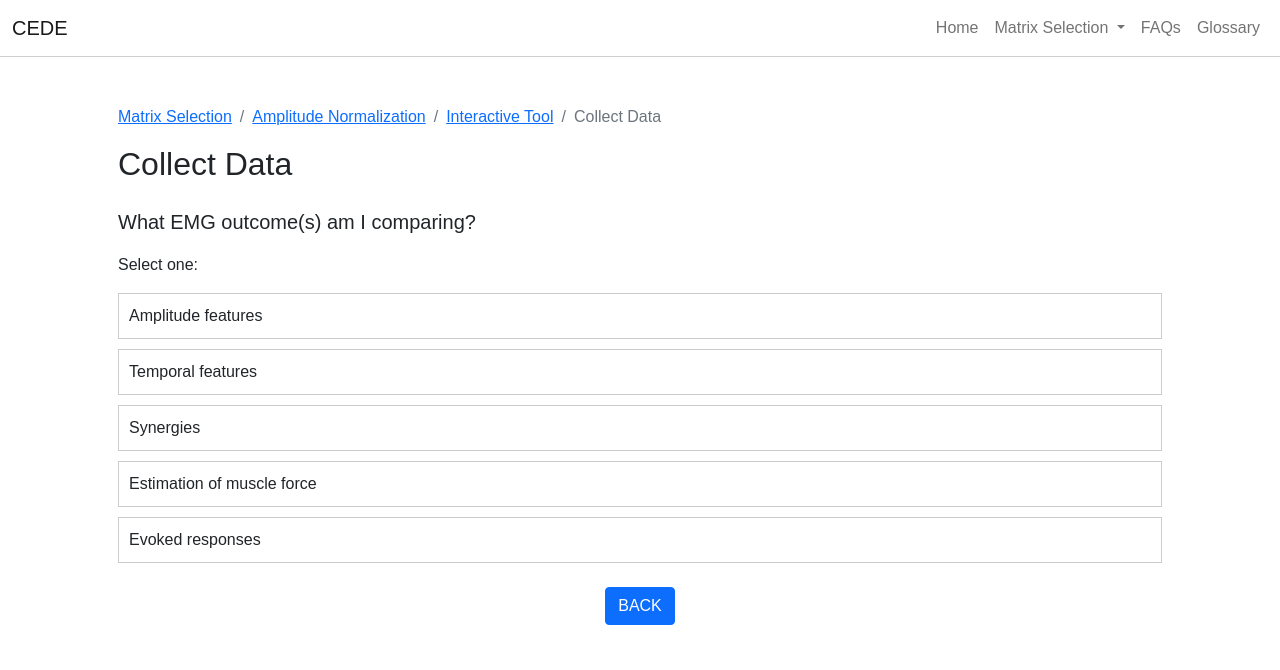
Repository: devashrisamani/CEDE-Website
Page: website/collectdata.html
These files come from the project's save history. The page is drawn as it stood at one moment and after the next save; the edit follows.
The browser window is 1280 px wide. The pictures show the whole page.

Above is the page before, as saved 2024-06-25 19:50:05.
Console error: TypeError: Cannot read properties of null (reading 'addEventListener')

After the next save:
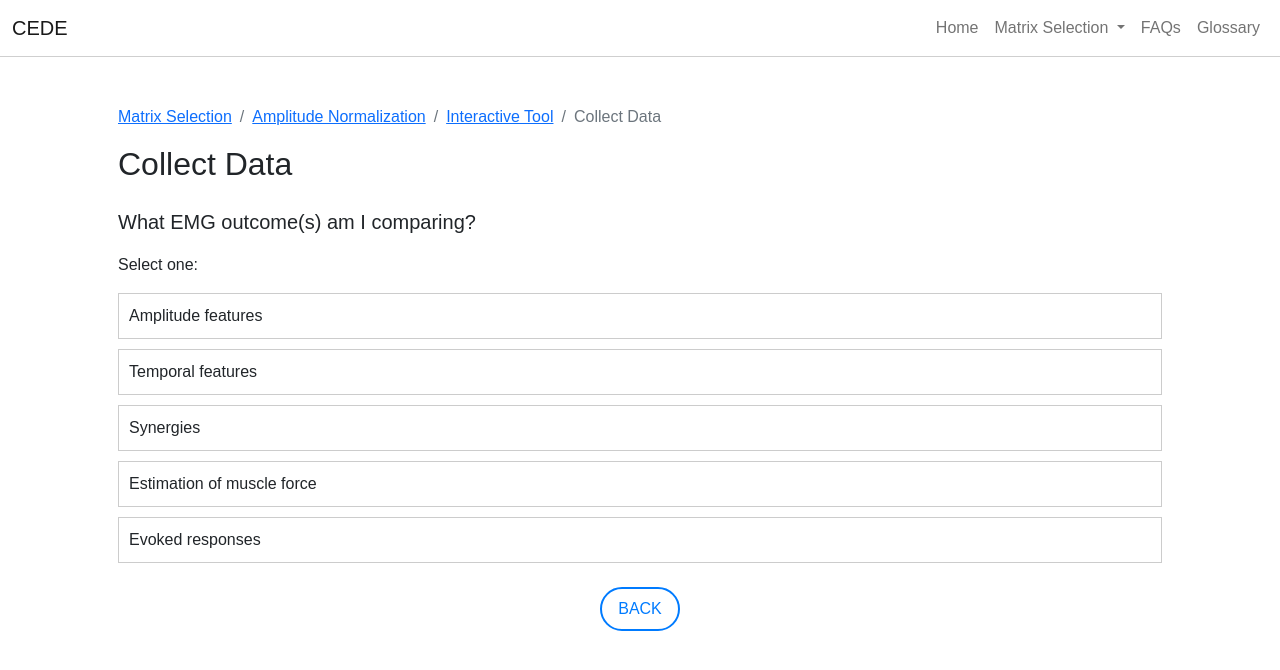
Saved 3 min 52 s later.
--- a/website/collectdata.html
+++ b/website/collectdata.html
@@ -8,7 +8,79 @@
       href="https://cdn.jsdelivr.net/npm/bootstrap@5.1.3/dist/css/bootstrap.min.css"
       rel="stylesheet"
     />
-    <link rel="stylesheet" href="collectdata.css" />
+    <style>
+      body {
+        font-family: Arial, sans-serif;
+        margin: 0;
+        padding: 0;
+        background-color: #ffffff;
+      }
+
+      #wrapper {
+        width: 100%;
+        text-align: center;
+      }
+
+      .navbar {
+        border-bottom: 1px solid #cfcfcf;
+      }
+
+      main {
+        padding: 20px;
+      }
+
+      #decision-form {
+        background: #fff;
+        padding: 20px;
+        width: 50%;
+        margin: 20px auto;
+        border: 1px solid #ccc;
+        border-radius: 8px;
+      }
+
+      .option {
+        display: flex;
+        justify-content: space-between;
+        align-items: center;
+        border: 1px solid #ccc;
+        margin-bottom: 10px;
+        padding: 10px;
+        cursor: pointer;
+      }
+
+      .option:hover {
+        background-color: #f0f0f0;
+      }
+
+      .arrow {
+        font-weight: bold;
+      }
+
+      button {
+        font-size: 1rem;
+        padding: 0.5rem 1rem;
+        border-radius: 30px;
+        border: 2px solid #007bff;
+        background-color: white;
+        color: #007bff;
+        text-transform: uppercase;
+      }
+
+      .btn-primary {
+        font-size: 1rem;
+        padding: 0.5rem 1rem;
+        border-radius: 25px;
+        border: 2px solid #007bff;
+        background-color: white;
+        color: #007bff;
+        text-transform: uppercase;
+      }
+
+      .btn-primary:hover {
+        background-color: #007bff;
+        color: white;
+      }
+    </style>
   </head>
   <body>
     <!-- Navigation Bar -->
